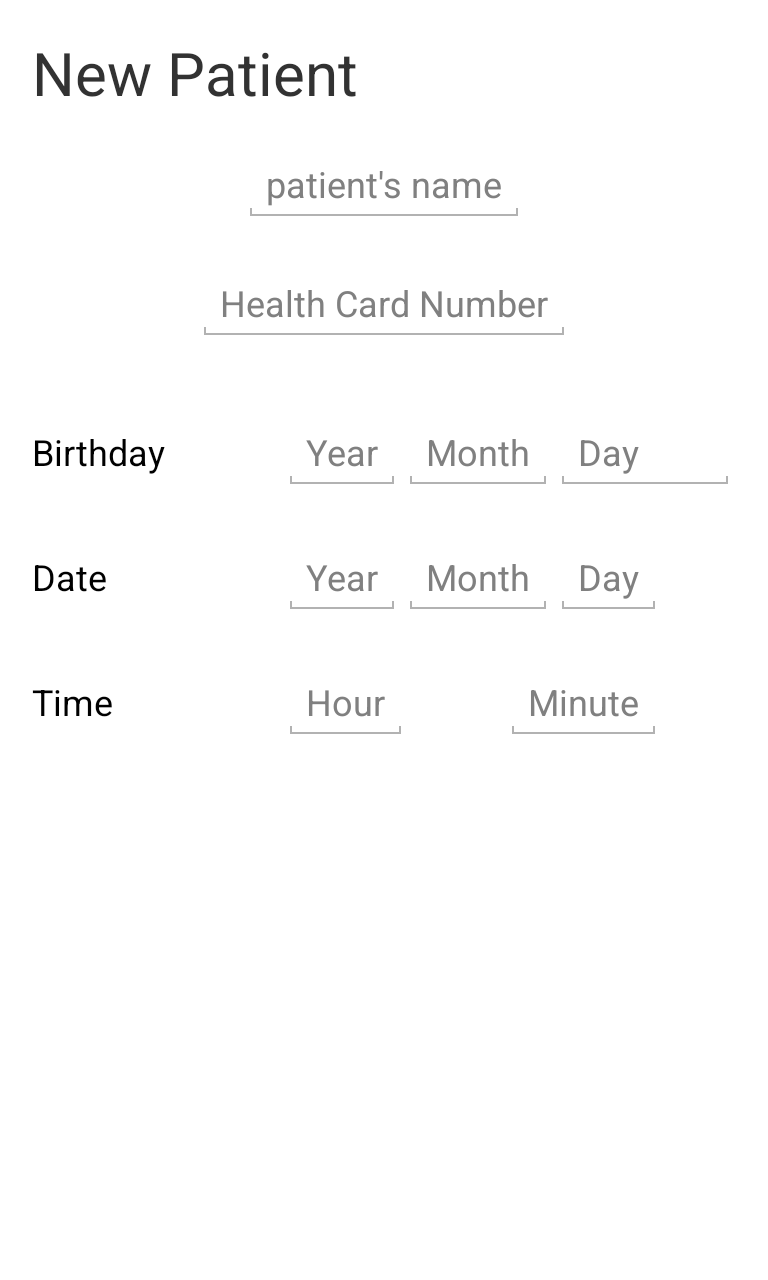
Repository: wangyuan0915/ER
Layout: workspace2/phase3/res/layout/activity_new_patient.xml
An editor plug-in stored every save of this project. The layout is shown before and after the next save, followed by the edit.
It is drawn on a 768 x 1280 px phone screen (xhdpi) without system bars, with theme AppTheme; the app's code is not run.

Above is the layout before, as saved 2013-11-24 04:17:45.

After the next save:
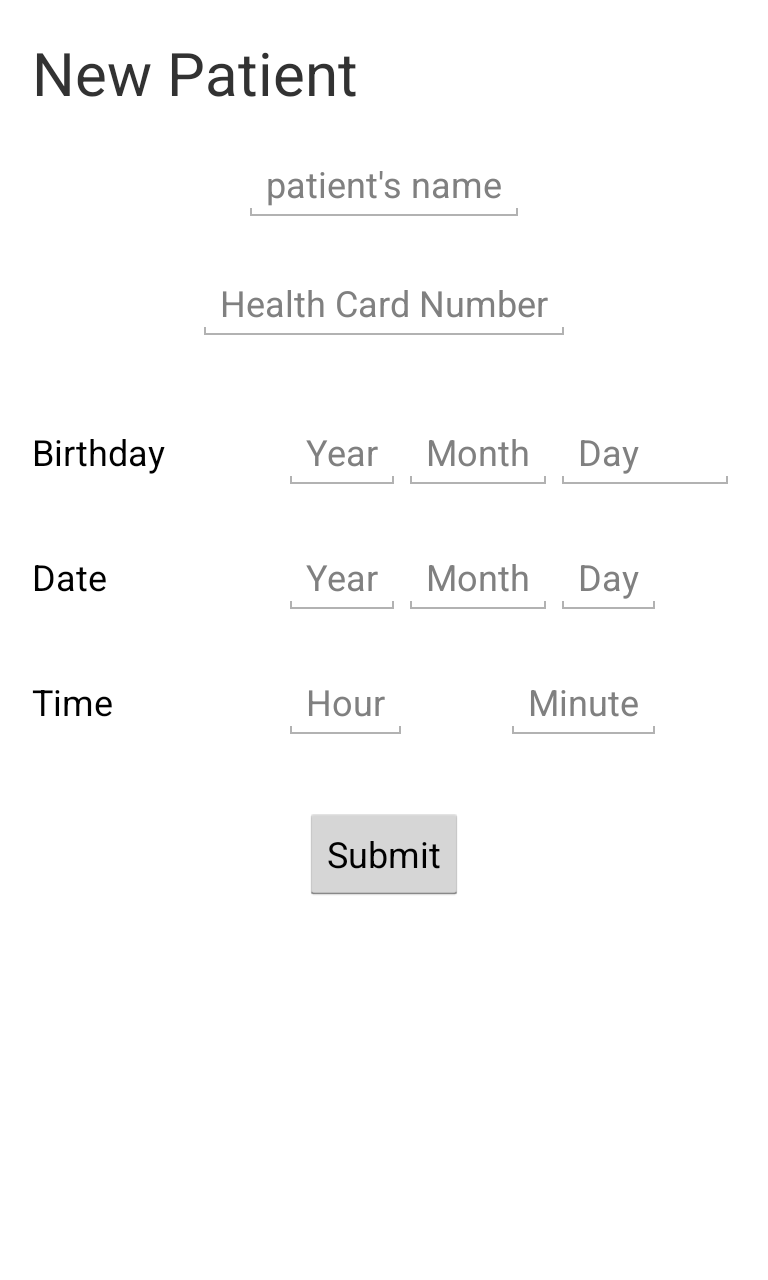
Saved 83 s later.
--- a/workspace2/phase3/res/layout/activity_new_patient.xml
+++ b/workspace2/phase3/res/layout/activity_new_patient.xml
@@ -158,4 +158,14 @@
         android:hint="@string/Minute"
         android:textAppearance="?android:attr/textAppearanceMedium" />
 
+    <Button
+        android:id="@+id/addnewpatient"
+        android:layout_width="wrap_content"
+        android:layout_height="wrap_content"
+        android:layout_below="@+id/current_hour"
+        android:layout_centerHorizontal="true"
+        android:layout_marginTop="32dp"
+        android:onClick="AddNewPatient"
+        android:text="Submit" />
+
 </RelativeLayout>
